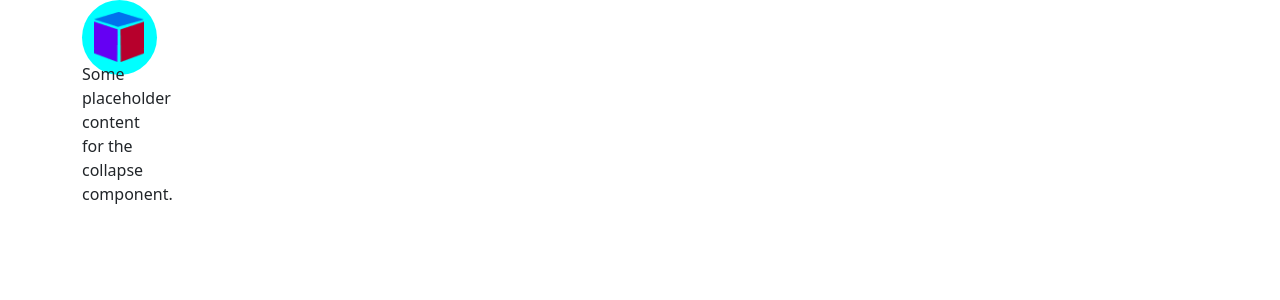
Repository: mrchilliballs/iReady-Overload
Page: extension/iReady Overload Reborn/popup.html
The author's editor kept a copy of each file at every save. The page is drawn from the files as they stood at one save, then again after the next save.
The browser window is 1280 px wide. The pictures show the whole page.
After loading, the first visible `img.iready-img` was clicked once.

Above is the page before, as saved 2021-08-31 19:26:25.

After the next save:
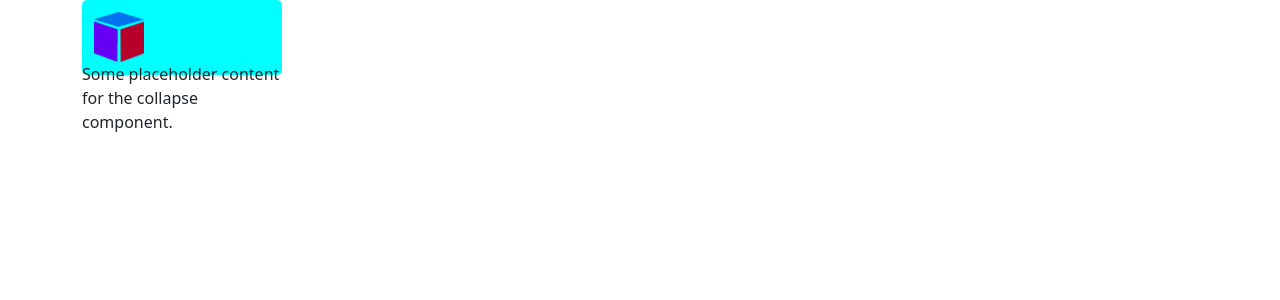
Saved 17 s later.
--- a/extension/iReady Overload Reborn/script.js
+++ b/extension/iReady Overload Reborn/script.js
@@ -2,5 +2,5 @@
 const popup = document.querySelector("#popup");
 const collapse = document.querySelector("#collapse");
 picture.addEventListener("click", ()=>{
-
+    popup.classList.toggle("expanded")
 })
